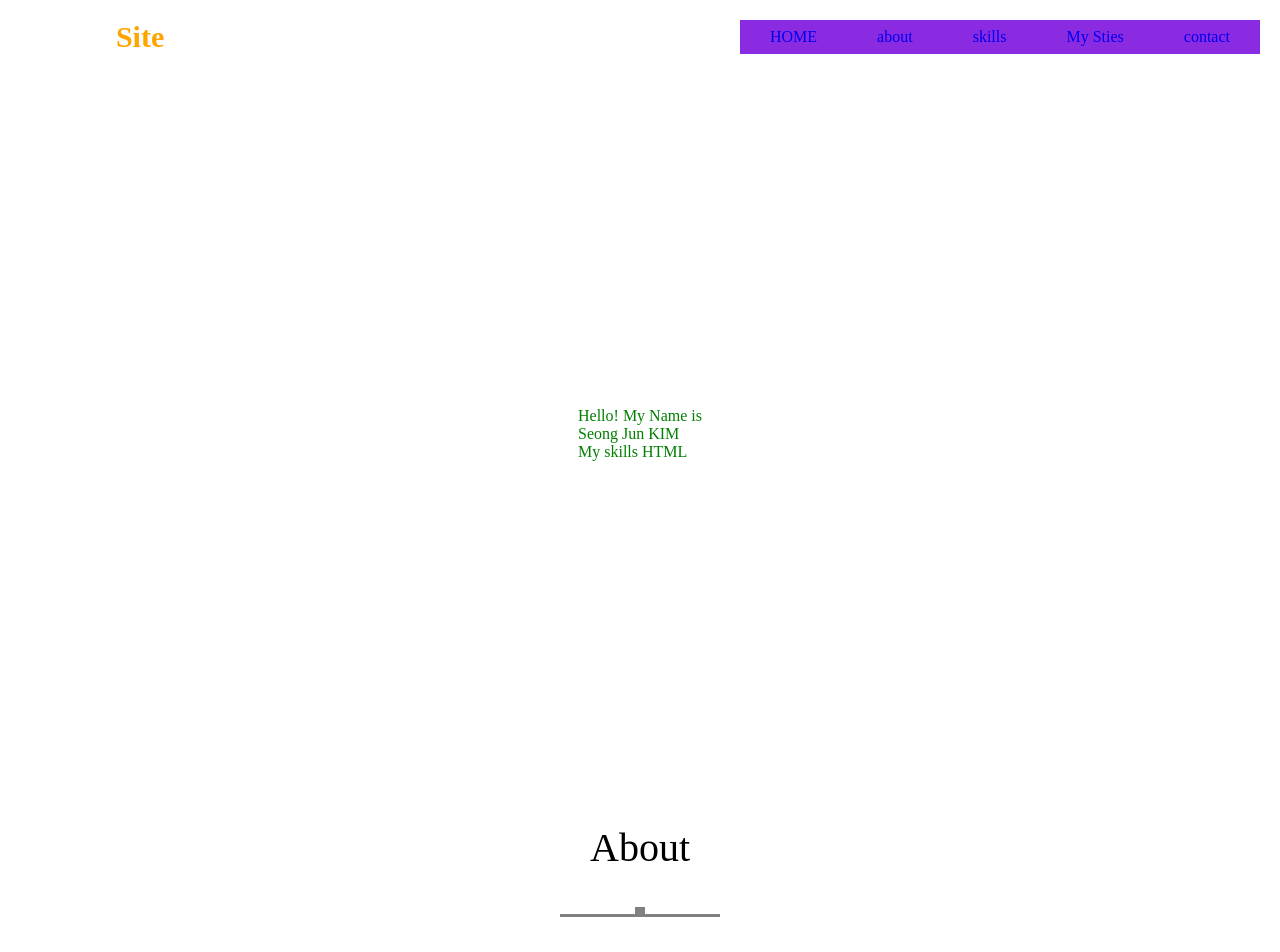
Repository: jun01270/jun
Page: index.html
The author's editor kept a copy of each file at every save. The page is drawn from the files as they stood at one save, then again after the next save.
The browser window is 1280 px wide. The pictures show the part of the page from y = 0 to 952 px (the page is 2474 px tall).
A picture or video elsewhere on the page could not be fetched, so the positions and the page height are approximate. Some web libraries are served in a nearby version.

Above is the page before, as saved 2023-05-10 10:49:12.

After the next save:
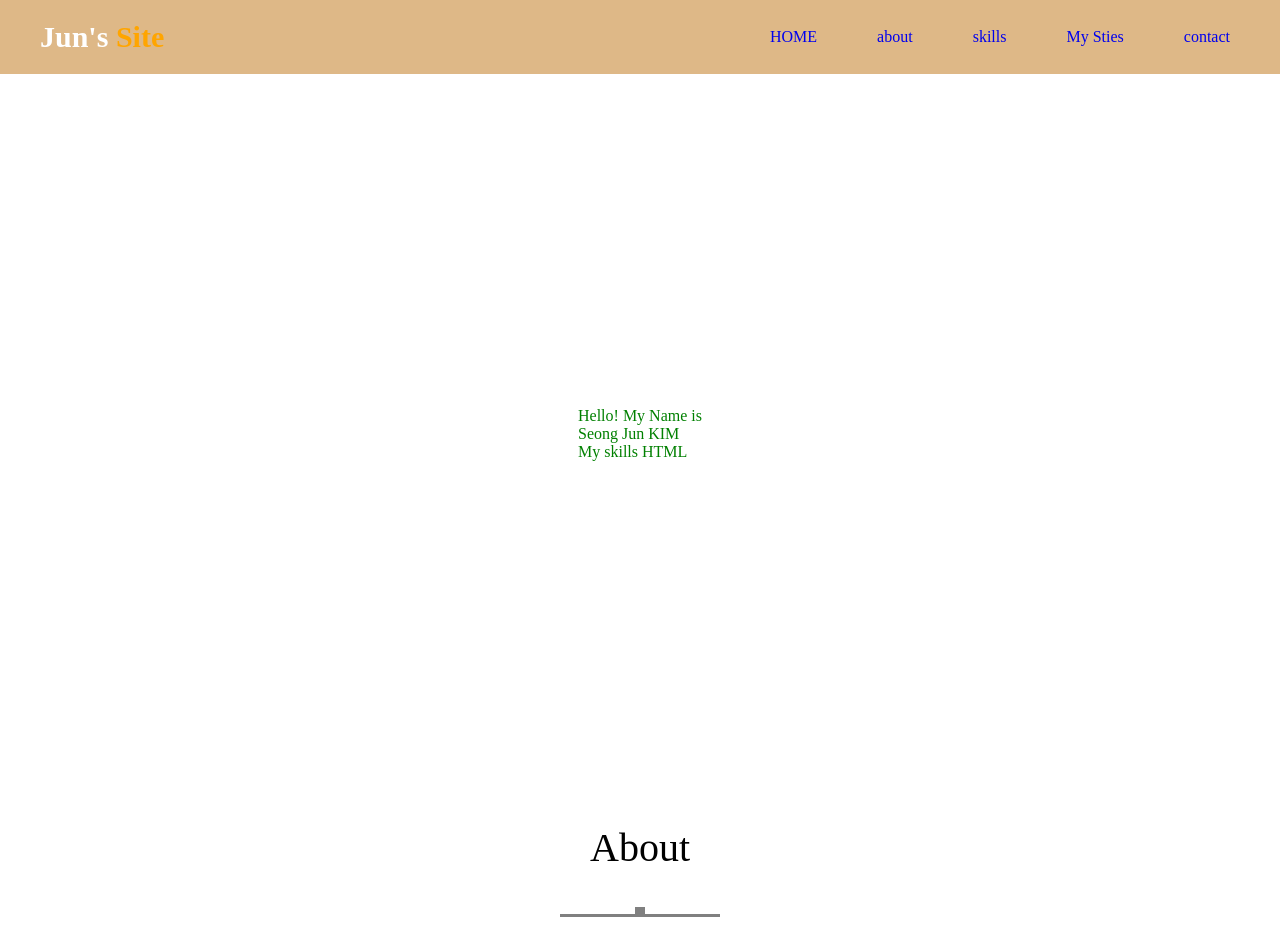
Saved 13 s later.
--- a/css/style.css
+++ b/css/style.css
@@ -77,6 +77,7 @@ html {
   padding: 20px 0;
   z-index: 999;
   transition: all 0.3s ease;
+  background-color: burlywood;
 }
 
 .navbar .max-width {
@@ -107,7 +108,6 @@ html {
   display: flex;
   margin: 0;
   padding-left: 0;
-  background-color: blueviolet;
 }
 
 .menu-bar li {
